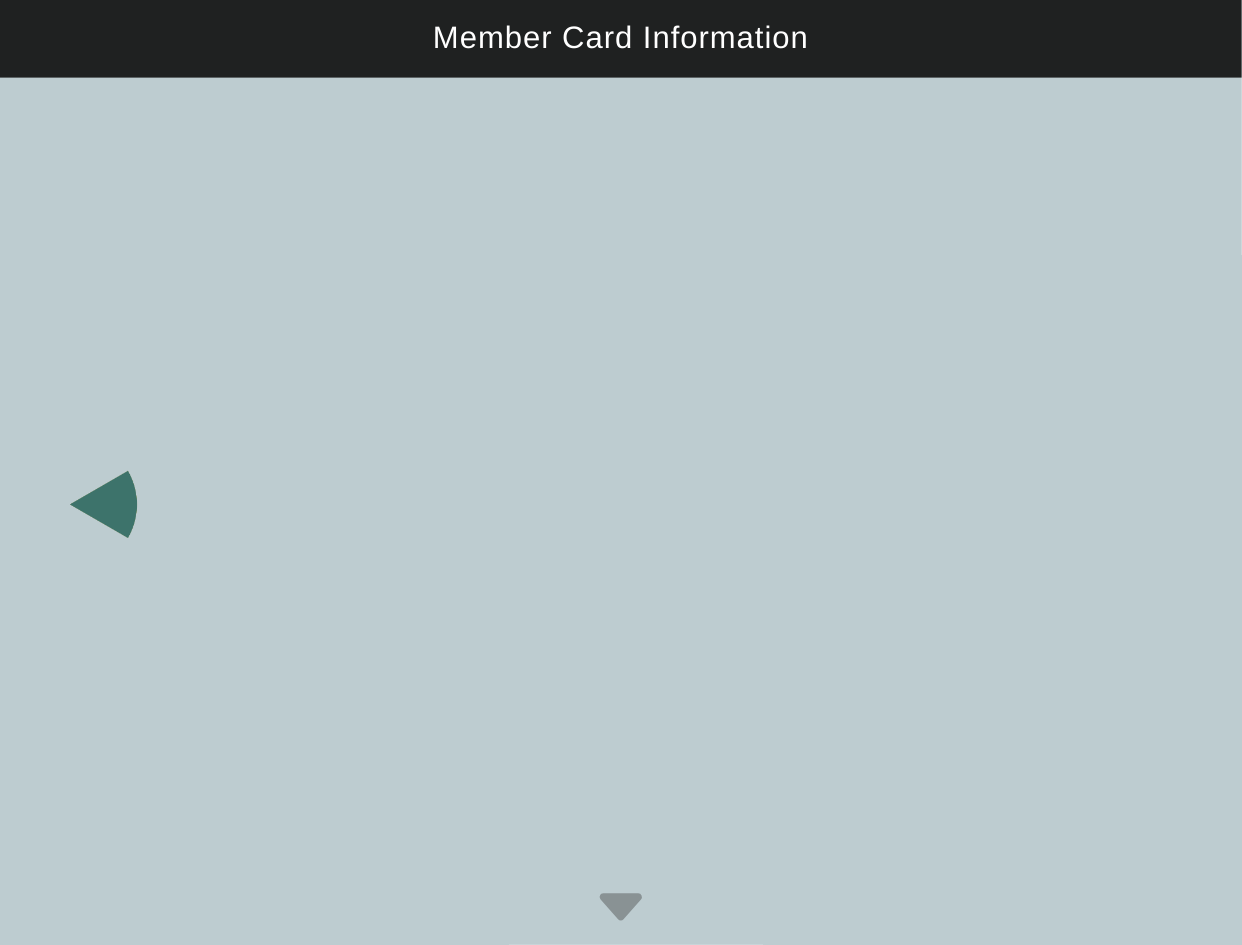
Repository: Leooook/lzhao-fed-test
Page: /
The author's editor kept a copy of each file at every save. The page is drawn from the files as they stood at one save, then again after a run of saves.
The browser window is 1280 px wide. The pictures show the whole page, at 97% of full size.
The page's requests for data from a server got no answer. The project was rebuilt for these pictures with package versions that can differ from the ones it lists, and the page was loaded fresh each time. No one was signed in, and anything a server would have sent is missing. Also part of the build but not shown: src/components/detail.jsx.

Above is the page before, as saved 2021-03-15 21:50:18.

After the next 2 saves:
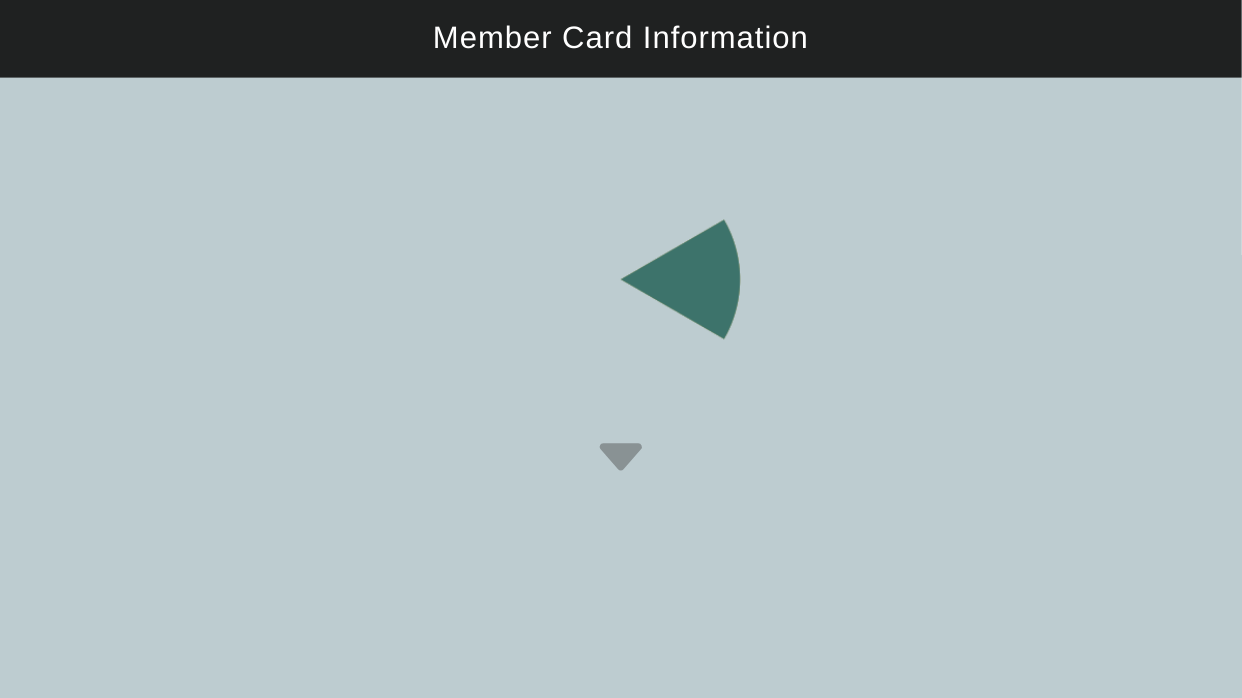
The 2 saves are shown as one change because they came seconds apart.
The last was saved 19 s later.
--- a/src/App.css
+++ b/src/App.css
@@ -67,9 +67,8 @@
 	width: 100%;
 }
 .loadPic {
-	width: 20vh;
-	height: 20vh;
-	margin: 40vh auto;
+	width: 20%;
+	margin: 0vh 40%;
 }
 /* end of loader */
 /* feature */
